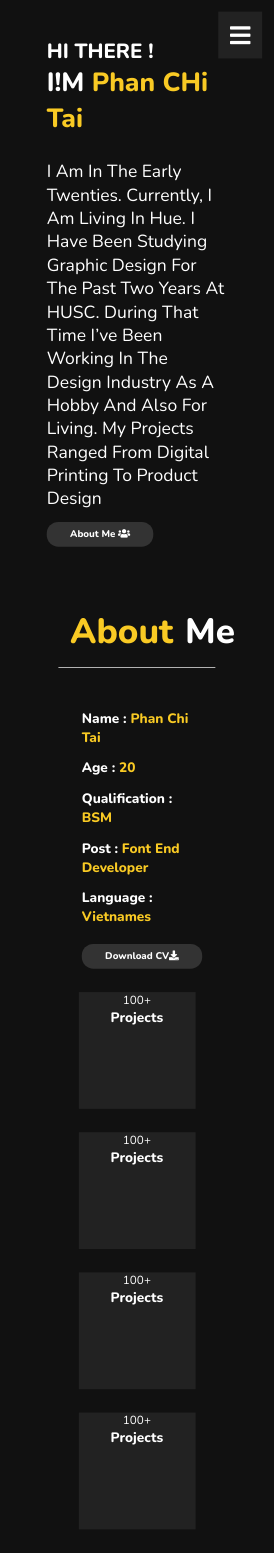
Repository: PCTai/My-profile
Page: index.html
These files come from the project's save history. The page is drawn as it stood at one moment and after the next save; the edit follows.
The browser window is 375 px wide. The pictures show the whole page, at 73% of full size.

Above is the page before, as saved 2021-11-25 21:25:17.

### index.html
<!DOCTYPE html>
<html lang="en">
<head>
    <meta charset="UTF-8">
    <meta http-equiv="X-UA-Compatible" content="IE=edge">
    <meta name="viewport" content="width=device-width, initial-scale=1.0">
    <link rel="preconnect" href="https://fonts.googleapis.com">
    <link rel="preconnect" href="https://fonts.gstatic.com" crossorigin>
    <link href="https://fonts.googleapis.com/css2?family=Nunito:ital,wght@0,400;0,600;0,800;1,200;1,300&display=swap" rel="stylesheet">
    <link rel="stylesheet" href="/assets/font/fontawesome-free-5.15.3-web/css/all.css">

    <link rel="stylesheet" href="/assets/css/style.css">
    <link rel="stylesheet" href="/assets/css/reponsive.css">
    <title>Document</title>
</head>
<body>
    <!-- Header start -->
    <header>
        <div class="user">
            <img src="/assets/imgs/user.jpg" alt="">
            <h3 class="name">Phan Chi Tai</h3>
            <div class="post">Font End Deverloper</div>
        </div>
        <div class="navbar">
            <ul>
                <li><a href="#home">home</a></li>
                <li><a href="#about">About</a></li>
                <li><a href="#education">Education</a></li>
                <li><a href="#portfolio">Portfolio</a></li>
                <li><a href="#contact">Contact</a></li>
            </ul>
        </div>
    </header>
    <!-- Header end -->
    <div id="menu"class="fas fa-bars">
    </div>
    <!-- start home -->
    <section id="home" class="home">

        <h3>HI THERE !</h3>
        <h1>I!M <span>Phan CHi Tai</span></h1>
        <p>I am in the early twenties. Currently, I am living in Hue. I have been studying graphic design for the past two years at  HUSC. During that time I’ve been working in the design industry as a hobby and also for living. My projects ranged from digital printing to product design</p>
        <a href="#about"> <button class="btn">About me <i class="fas fa-users"></i></button></a>


    </section>
    <!-- end home -->
    <!-- start about -->
    <section id="about" class="about">
        <div class="heading"><h1><span>About</span>Me</h1></div>
        <div class="row">
            <div class="info">
                <h3>Name : <span>Phan Chi Tai</span></h3>
                <h3>Age : <span>20</span></h3>
                <h3>Qualification : <span>BSM</span></h3>
                <h3>Post : <span>Font End Developer</span></h3>
                <h3>Language : <span>Vietnames</span></h3>
                <a href="#about"> <button class="btn">Download CV<i class="fas fa-download"></i></button></a>
            </div>
            <div class="counter">
                <div class="box">
                    <span>100+</span>
                    <h3>projects</h3>
                </div>
                <div class="box">
                    <span>100+</span>
                    <h3>projects</h3>
                </div>
                <div class="box">
                    <span>100+</span>
                    <h3>projects</h3>
                </div>
                <div class="box">
                    <span>100+</span>
                    <h3>projects</h3>
                </div>
            </div>
        </div>
    </section>
    <!-- end about -->
    <script src="/app.js"></script>
</body>
</html>

### assets/css/style.css
:root{
    --yellow: #f9ca24;
}
*{
    font-family: 'Nunito', sans-serif;
    margin: 0;padding: 0;
    box-sizing: border-box;
    text-decoration: none;
    outline: none;border: none;
    text-transform: capitalize;
    transition: all .2s linear;
}
html{
    font-size: 62,5%;
    overflow: hidden;
}
::selection{
    background-color: var(--yellow);
    color: #333;

}
html::-webkit-scrollbar{
    width: 2rem;
}
html::-webkit-scrollbar-track{
    background-color: #333;
}
html::-webkit-scrollbar-thumb{
    background-color: var(--yellow);
}
body{
    padding-left: 25rem;
    background: #111;
}
header{
    position: fixed;
    top: 0;
    left: 0;
    z-index: 1000;
    height: 100%;
    display: flex;
    flex-direction: column;
    justify-content: center;
    align-items: center;
    width: 25rem;
    background-color: #1a1a1a;
}

.user img{
    margin-top: 2rem;
    height: 14rem;
    width: 14rem;
    border-radius: 50%;
    object-fit: cover;
    border: 0.5rem solid var(--yellow);

}
header .user .name{
    text-align: center;
    font-size: 2rem;
    color: #fff;
}
header .user .post{
    text-align: center;
    font-size: 1.5rem;
    color: #eee;
}
header .navbar ul{
    margin-top: 1rem;
    list-style: none;
    padding: 1rem 3rem;
}
header .navbar ul li a:hover{
    background-color: var(--yellow);
}
header .navbar ul li a{
    display: block;
    padding: 0.5rem 6rem;
   margin-bottom: 0.8rem;
   background-color: #333;
   color: #fff;
   font-size: 1.5rem;
   border-radius: 5rem;
   text-align: center;
   cursor: pointer;
}
#menu:hover{
    color: var(--yellow);
}


#menu{
    position: fixed;
    z-index: 1000;
    top: 1rem;
    right: 1rem;
    color: #fff;
    padding: 1rem;
    background-color: #222;
    font-size: 2rem;
    cursor: pointer;
}
section{
    min-height: 100vh;
    padding: 1rem;
}
/* home */
.home{
    font-size: 1.5rem;
    color: #fff;
    display: flex;
    flex-direction: column;
    padding: 0 2rem;
    justify-content: center;
}
.btn:hover{
    background-color: var(--yellow);
    cursor: pointer;
}
.btn{
    padding: 0.5rem 2rem;
    border-radius: 1rem;
    margin-top: 1rem;
    font-weight: bold;
    background-color: #333;
    color: #fff;
}
.home span{
    color: var(--yellow);
    margin-bottom: 2rem;

}
.home h1{
    margin-bottom: 2rem;

}
/* about */
.about{
    color: #fff;
    margin: 0 2rem;
}
.heading{
    font-size: 2rem;
    text-align: center;
    padding: 1rem;
    border-bottom: 0.1rem solid #eee;

}
.heading span{
    color: var(--yellow);
    padding-right: 1rem;
}
.info{
    flex: 1 1 48%;
    padding: 1rem;
    padding-left: 2rem;

}
.info span{
    color: var(--yellow);
}
.info h3{
    padding: 0.5rem 0;
}
.row{
    margin-top: 2rem;
    display: flex;
    justify-content: center;
    align-items: center;
    flex-wrap: wrap;

}
.counter{
    flex:1 1 50%;
    width: 50%;
    justify-content: center;
    display: flex;
    flex-wrap: wrap;

}
.box{
    background-color: #222;
    width: 10rem;
    text-align: center;
    margin: 1rem;
    height: 10rem;
}

### assets/css/reponsive.css

@media (min-width:1024px){
    #menu{
        display: none;
    }
}
@media (max-width:1024px){
    header{
        left: -125%;
    }
    body{
        padding: 0 2rem;
    }

}
@media (max-width:486px){
    header{
        width: 100vw;
    }

}

### app.js

var menu=document.getElementById('menu');
var header=document.querySelector('header');
menu.onclick=function(e){
    if(this.className=='fas fa-bars'){
        this.classList.remove('fa-bars');
        this.classList.add('fa-times');
        header.style='left:0%';
    }
    else{
        this.classList.remove('fa-times');
        this.classList.add('fa-bars');
        header.style='left:-125%';
    }
};

Loaded but not shown: assets/font/fontawesome-free-5.15.3-web/css/all.css (library)

After the next save:
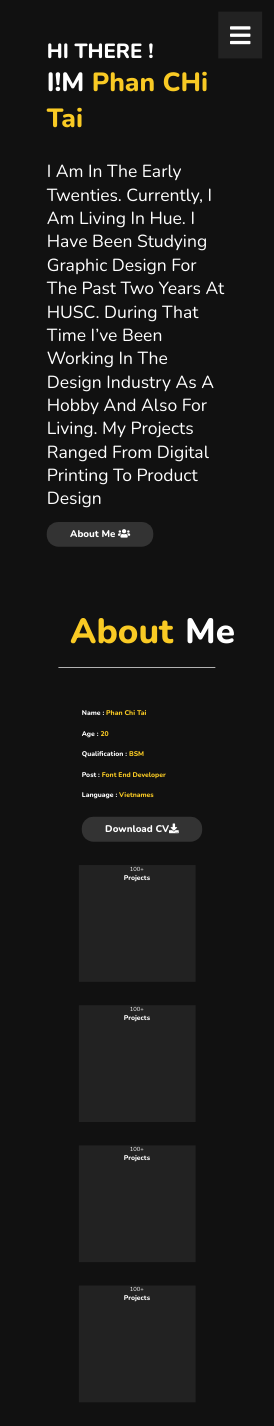
Saved 67 s later.
--- a/assets/css/reponsive.css
+++ b/assets/css/reponsive.css
@@ -17,5 +17,8 @@
     header{
         width: 100vw;
     }
+    .about{
+        font-size: 50%;
+    }
 
 }

After the save that followed:
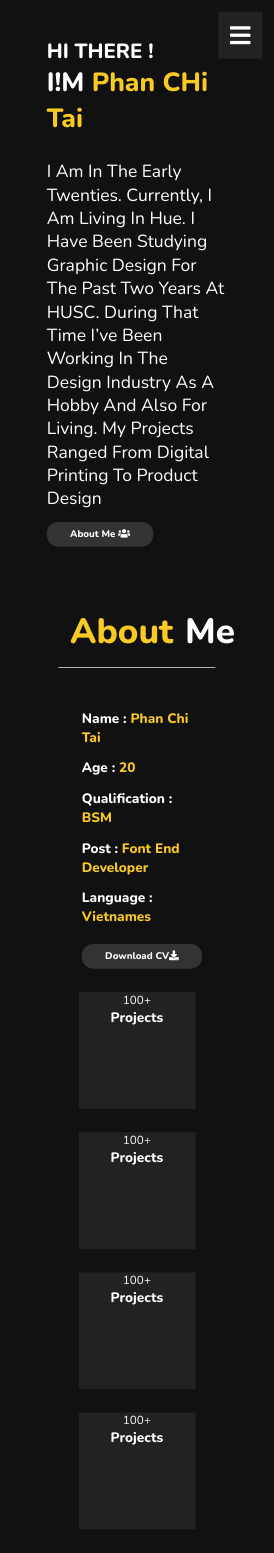
Saved 25 s later.
--- a/assets/css/reponsive.css
+++ b/assets/css/reponsive.css
@@ -18,7 +18,7 @@
         width: 100vw;
     }
     .about{
-        font-size: 50%;
+
     }
 
 }
